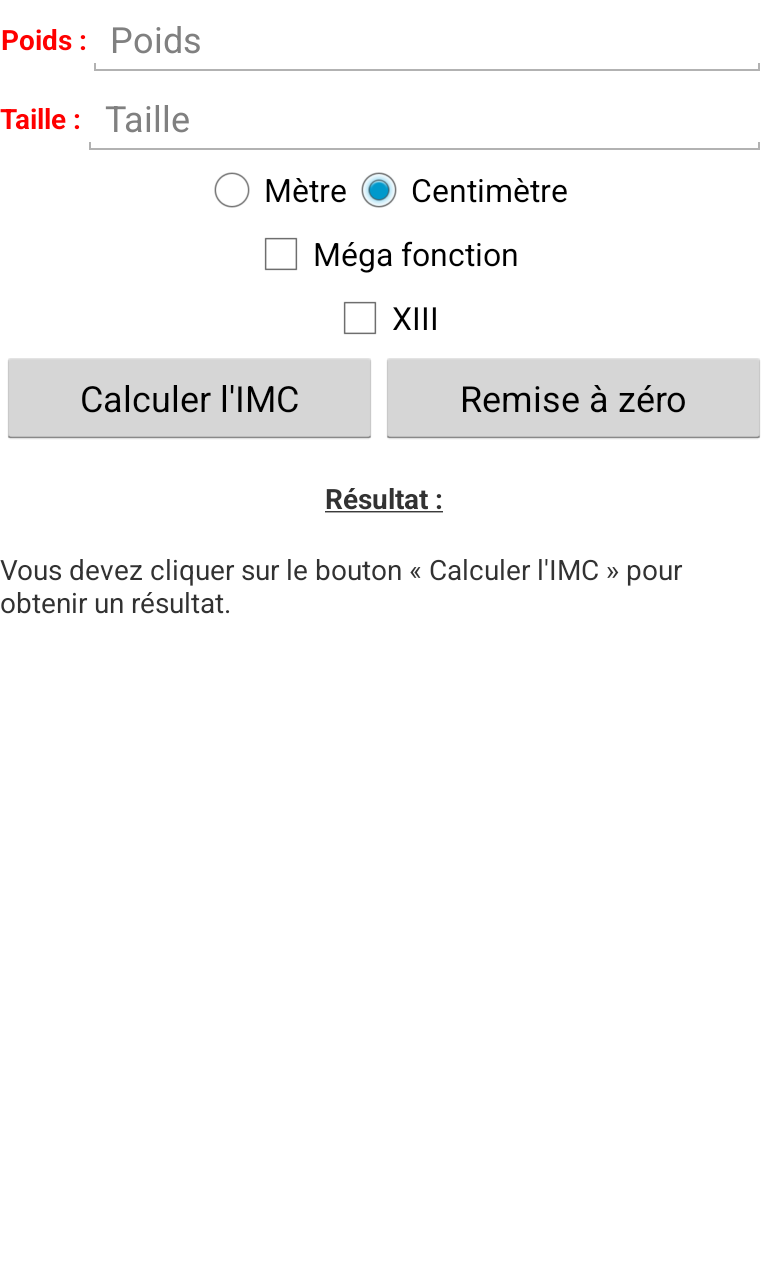
Repository: BlackyFox/PST4-NFC
Layout: Antoine/App_test/res/layout/activity_imc.xml
These files come from the project's save history. The layout is drawn as it stood at one moment and after the next save; the edit follows.
It is drawn on a 768 x 1280 px phone screen (xhdpi) without system bars, with theme AppTheme; the app's code is not run.

Above is the layout before, as saved 2014-11-11 18:52:10.

### Antoine/App_test/res/layout/activity_imc.xml
<?xml version="1.0" encoding="utf-8"?>
<LinearLayout xmlns:android="http://schemas.android.com/apk/res/android"
  android:layout_width="fill_parent"
  android:layout_height="fill_parent"
  android:orientation="vertical">
  <LinearLayout
      android:layout_width="fill_parent"
      android:layout_height="wrap_content"
      android:orientation="horizontal">

      <TextView
          android:layout_width="wrap_content"
          android:layout_height="fill_parent"
          android:text="@string/poids"
          android:textStyle="bold"
          android:textColor="#FF0000"
          android:gravity="center"/>
      <EditText
          android:id="@+id/poids"
          android:layout_width="fill_parent"
          android:layout_height="wrap_content"
          android:hint="@string/hint_poids"
          android:inputType="numberDecimal"/>
  </LinearLayout>

    <LinearLayout
      android:layout_width="fill_parent"
      android:layout_height="wrap_content"
      android:orientation="horizontal">

        <TextView
          android:layout_width="wrap_content"
          android:layout_height="fill_parent"
          android:text="@string/taille"
          android:textStyle="bold"
          android:textColor="#FF0000"
          android:gravity="center"/>
        <EditText
          android:id="@+id/taille"
          android:layout_width="fill_parent"
          android:layout_height="wrap_content"
          android:hint="@string/hint_taille"
          android:inputType="numberDecimal"/>
    </LinearLayout>
<RelativeLayout
  android:layout_width="wrap_content"
  android:layout_height="wrap_content"
  android:layout_gravity="center">

  <RadioGroup
    android:id="@+id/group"
    android:layout_width="wrap_content"
    android:layout_height="wrap_content"
    android:checkedButton="@+id/radio2"
    android:orientation="horizontal">
    <RadioButton
      android:id="@+id/radio1"
      android:layout_width="wrap_content"
      android:layout_height="wrap_content"
      android:text="@string/m"
    />
    <RadioButton
      android:id="@+id/radio2"
      android:layout_width="wrap_content"
      android:layout_height="wrap_content"
      android:text="@string/cm"
    />
  </RadioGroup>
    </RelativeLayout>
    <RelativeLayout
  android:layout_width="wrap_content"
  android:layout_height="wrap_content"
  android:layout_gravity="center">
  <CheckBox
    android:id="@+id/mega"
    android:layout_width="wrap_content"
    android:layout_height="wrap_content"
    android:text="@string/mega"
  />
    </RelativeLayout>
        <RelativeLayout
  android:layout_width="wrap_content"
  android:layout_height="wrap_content"
  android:layout_gravity="center">
  <CheckBox
    android:id="@+id/xiii"
    android:layout_width="wrap_content"
    android:layout_height="wrap_content"
    android:text="@string/xiii"
  />
    </RelativeLayout>
  <LinearLayout
      android:layout_width="fill_parent"
      android:layout_height="wrap_content"
      android:orientation="horizontal">

      <Button
          android:id="@+id/calcul"
          android:layout_width="wrap_content"
          android:layout_height="wrap_content"
          android:text="@string/calcul"
          android:layout_weight="1"
          /><!--
          android:background="?android:attr/selectableItemBackground"
          bug 1 fois sur 2 -->
      <Button
          android:id="@+id/raz"
          android:layout_width="wrap_content"
          android:layout_height="wrap_content"
          android:text="@string/raz"
          android:layout_weight="1"/><!--

          android:background="@color/Wheat"
          android:background="?android:attr/selectableItemBackground"
           bug 1 fois sur 2 -->
  </LinearLayout>
<RelativeLayout
  android:layout_width="wrap_content"
  android:layout_height="wrap_content"
  android:layout_gravity="center">
  <TextView
    android:layout_width="wrap_content"
    android:layout_height="wrap_content"
    android:text="@string/resultat"
    android:textStyle="bold"
  />
  </RelativeLayout>
  <TextView
    android:id="@+id/result"
    android:layout_width="fill_parent"
    android:layout_height="fill_parent"
    android:text="@string/result"
  />
  <LinearLayout
      android:layout_width="fill_parent"
      android:layout_height="fill_parent"
      android:orientation="horizontal">

      <Button
          android:id="@+id/menu"
          android:layout_width="wrap_content"
          android:layout_height="wrap_content"
          android:text="@string/menu"
          />
  </LinearLayout>
</LinearLayout>

### Antoine/App_test/res/values/strings.xml
<?xml version="1.0" encoding="utf-8"?>
<resources>

    <string name="app_name">App_test</string>
    <string name="hello_world">Hello world!</string>
    <string name="action_settings">Settings</string>
    <string name="poids">Poids :</string>
    <string name="hint_poids">Poids</string>
    <string name="result">Vous devez cliquer sur le bouton « Calculer l\'IMC » pour obtenir un résultat.</string>
    <string name="resultat">\n<b><u>Résultat :</u></b>\n</string>
    <string name="raz">Remise à zéro</string>
    <string name="calcul">Calculer l\'IMC</string>
    <string name="mega">Méga fonction</string>
    <string name="xiii">XIII</string>
    <string name="cm">Centimètre</string>
    <string name="m">Mètre</string>
    <string name="taille">Taille :</string>
    <string name="hint_taille">Taille</string>
    <string name="b_imc">IMC</string>
    <string name="b_nfc">NFC</string>
    <string name="menu">Menu</string>

</resources>

Loaded but not shown: Antoine/App_test/res/values/styles.xml (common file); Antoine/App_test/res/values-v11/styles.xml (common file); Antoine/App_test/res/values-v14/styles.xml (common file); Antoine/App_test/res/values/colors.xml (common file)

After the next save:
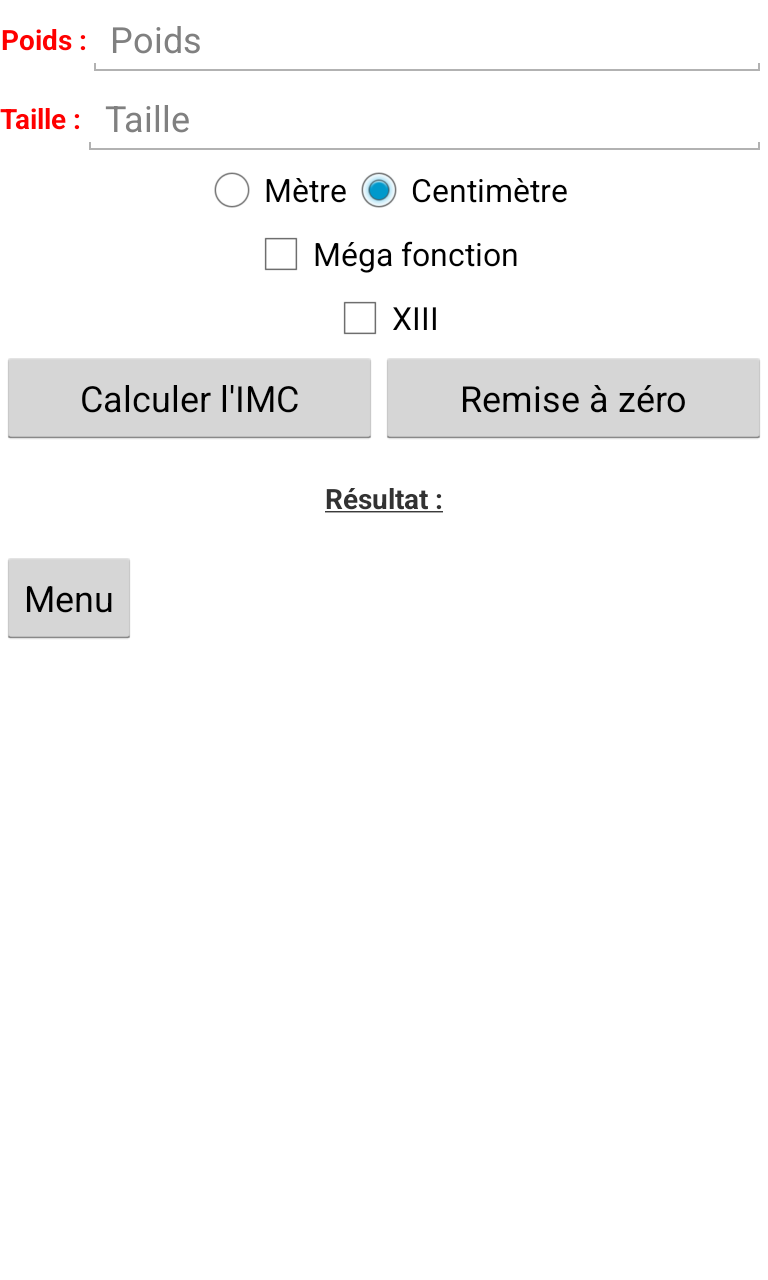
Saved 78 s later.
--- a/Antoine/App_test/res/layout/activity_imc.xml
+++ b/Antoine/App_test/res/layout/activity_imc.xml
@@ -125,13 +125,7 @@
     android:textStyle="bold"
   />
   </RelativeLayout>
-  <TextView
-    android:id="@+id/result"
-    android:layout_width="fill_parent"
-    android:layout_height="fill_parent"
-    android:text="@string/result"
-  />
-  <LinearLayout
+    <LinearLayout
       android:layout_width="fill_parent"
       android:layout_height="fill_parent"
       android:orientation="horizontal">
@@ -143,4 +137,11 @@
           android:text="@string/menu"
           />
   </LinearLayout>
+  <TextView
+    android:id="@+id/result"
+    android:layout_width="fill_parent"
+    android:layout_height="fill_parent"
+    android:text="@string/result"
+  />
+
 </LinearLayout>

After the save that followed:
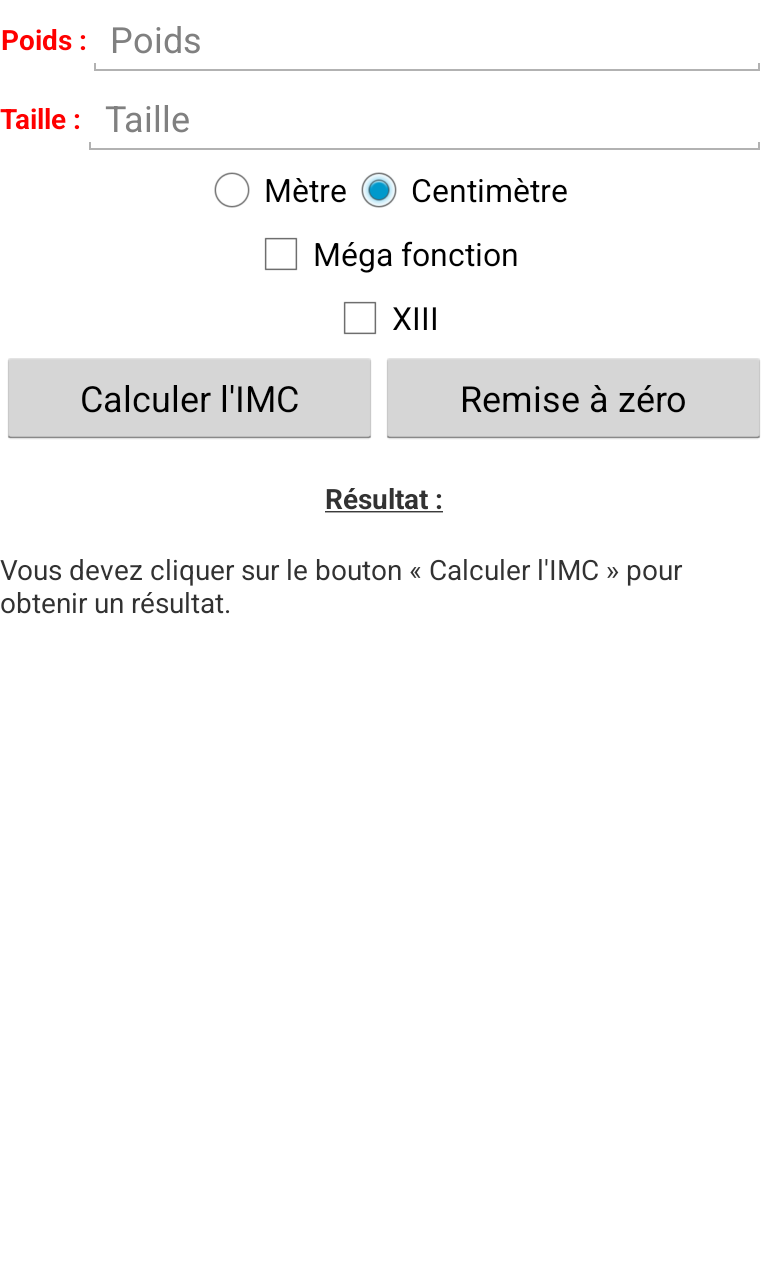
Saved 44 s later.
--- a/Antoine/App_test/res/layout/activity_imc.xml
+++ b/Antoine/App_test/res/layout/activity_imc.xml
@@ -125,7 +125,13 @@
     android:textStyle="bold"
   />
   </RelativeLayout>
-    <LinearLayout
+  <TextView
+    android:id="@+id/result"
+    android:layout_width="fill_parent"
+    android:layout_height="fill_parent"
+    android:text="@string/result"
+  />
+  <LinearLayout
       android:layout_width="fill_parent"
       android:layout_height="fill_parent"
       android:orientation="horizontal">
@@ -137,11 +143,4 @@
           android:text="@string/menu"
           />
   </LinearLayout>
-  <TextView
-    android:id="@+id/result"
-    android:layout_width="fill_parent"
-    android:layout_height="fill_parent"
-    android:text="@string/result"
-  />
-
 </LinearLayout>
